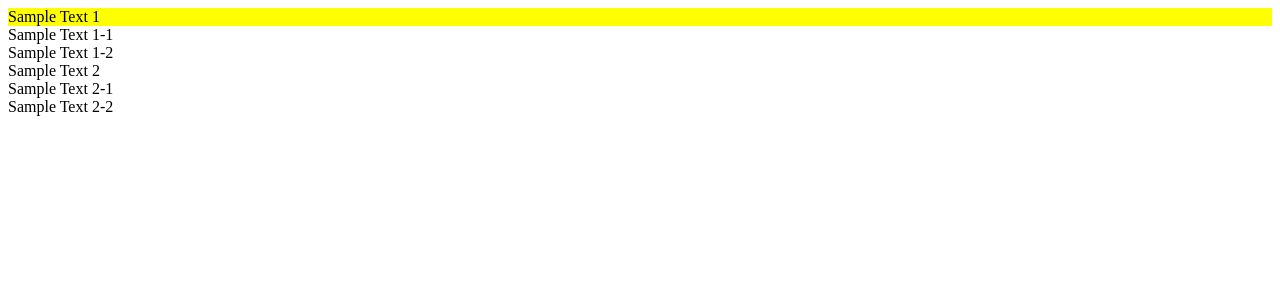
Repository: lixinso/html5
Page: workspace/CSS3/WebContent/selector/selector1.html
These files come from the project's save history. The page is drawn as it stood at one moment and after the next save; the edit follows.
The browser window is 1280 px wide. The pictures show the whole page.

Above is the page before, as saved 2011-05-27 14:09:08.

After the next save:
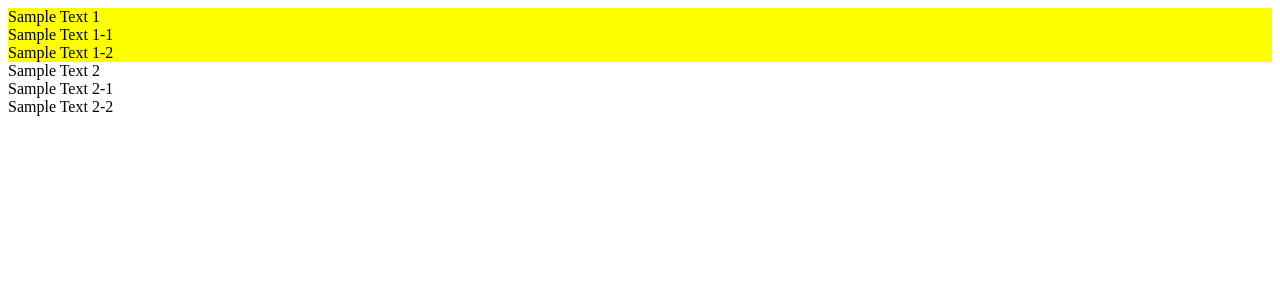
Saved 81 s later.
--- a/workspace/CSS3/WebContent/selector/selector1.html
+++ b/workspace/CSS3/WebContent/selector/selector1.html
@@ -4,7 +4,7 @@
 <head>
 <meta http-equiv="Content-Type" content="text/html; charset=UTF-8" />
 <style type="text/css">
-	[id=section1]{
+	[id*=section1]{
 		background-color: yellow;
 	}
 

After the save that followed:
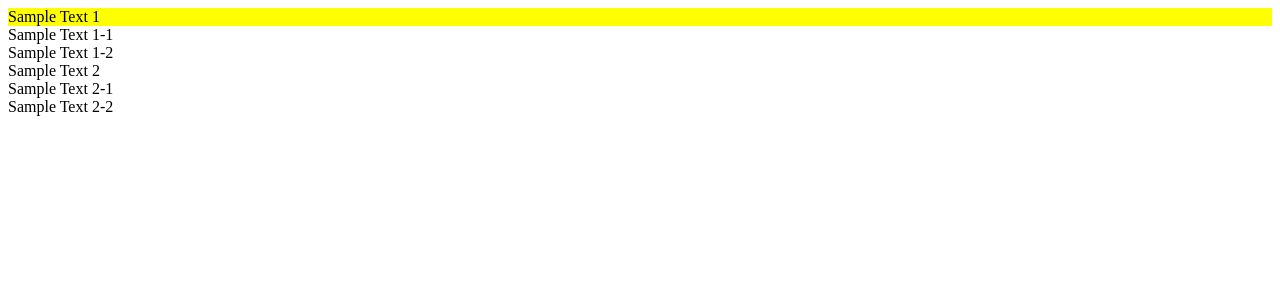
Saved 47 s later.
--- a/workspace/CSS3/WebContent/selector/selector1.html
+++ b/workspace/CSS3/WebContent/selector/selector1.html
@@ -4,7 +4,7 @@
 <head>
 <meta http-equiv="Content-Type" content="text/html; charset=UTF-8" />
 <style type="text/css">
-	[id*=section1]{
+	[id^=section1]{
 		background-color: yellow;
 	}
 
